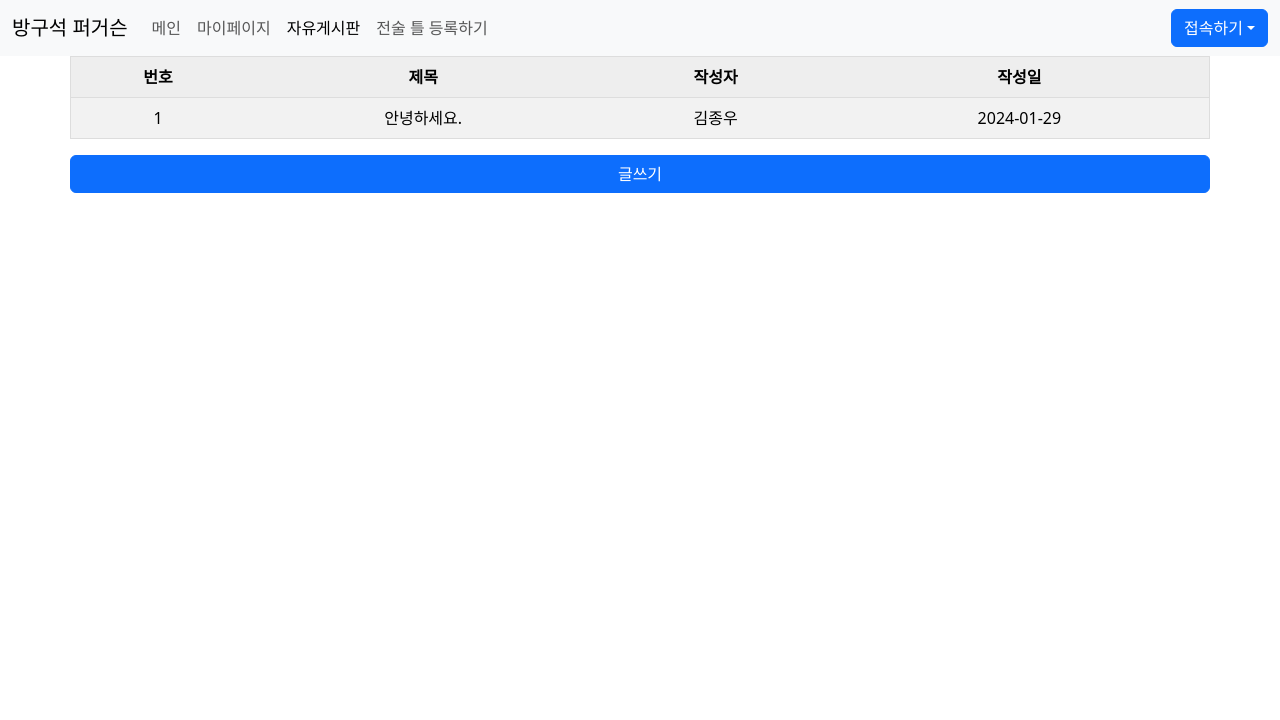
Repository: jiiiiiw/Spring-BBS
Page: http://localhost/BBS/bbs.jsp
These files come from the project's save history. The page is drawn as it stood at one moment and after the next save; the edit follows.
The browser window is 1280 px wide. The pictures show the whole page.
The page is served by Tomcat 9. Other server files are loaded and not shown.

Above is the page before, as saved 2024-01-29 01:15:56.

### BBS/src/main/webapp/bbs.jsp
<%@ page language="java" contentType="text/html; charset=UTF-8"
	pageEncoding="UTF-8"%>
<%@ page import="java.io.PrintWriter"%>
<!DOCTYPE html>
<html>
<head>
<meta charset="UTF-8">
<!-- 반응형 -->
<meta name="viewport" content="width=device-width" , initial-scale="1">
<!-- 정적 부트스트랩 참조 -->
<script src="js/bootstrap.js"></script>
<script src="js/bootstrap.bundle.js"></script>
<link href="css/bootstrap.css" rel="stylesheet">
<title>JSP 게시판 웹 사이트</title>
</head>
<body>
	<%
	String userID = null;
	if (session.getAttribute("userID") != null) {
		userID = (String) session.getAttribute("userID");
	}
	%>
	<nav class="navbar navbar-expand-lg navbar-light bg-light">
		<div class="container-fluid">
			<a class="navbar-brand" href="main.jsp">방구석 퍼거슨</a>

			<!-- 토글 버튼 -->
			<button class="navbar-toggler" type="button"
				data-bs-toggle="collapse" data-bs-target="#navbarSupportedContent"
				aria-controls="navbarSupportedContent" aria-expanded="false"
				aria-label="Toggle navigation">
				<span class="navbar-toggler-icon"></span>
			</button>

			<!-- Navbar 링크 및 폼 -->
			<div class="collapse navbar-collapse" id="navbarNav">
				<ul class="navbar-nav me-auto">
					<li class="nav-item"><a class="nav-link" href="main.jsp">메인</a></li>
					<li class="nav-item"><a class="nav-link" href="#">마이페이지</a></li>
					<li class="nav-item"><a class="active nav-link" href="bbs.jsp">자유게시판</a></li>
					<li class="nav-item"><a class="nav-link" href="#">전술 틀
							등록하기</a></li>
				</ul>
			</div>

			<%
			if (userID != null) {
			%>
			<div class="dropdown">
				<button class="btn btn-primary dropdown-toggle" type="button"
					id="dropdownMenuButton" data-bs-toggle="dropdown"
					aria-haspopup="true" aria-expanded="false">로그아웃</button>
				<div class="dropdown-menu" aria-labelledby="dropdownMenuButton">

					<a class="dropdown-item" href="logoutAction.jsp">로그아웃</a>
					<!-- 원하는 만큼 드롭다운 메뉴 항목 추가 -->
				</div>
			</div>
			<%
			} else {
			%>
			<div class="dropdown">
				<button class="btn btn-primary dropdown-toggle" type="button"
					id="dropdownMenuButton" data-bs-toggle="dropdown"
					aria-haspopup="true" aria-expanded="false">접속하기</button>
				<div class="dropdown-menu" aria-labelledby="dropdownMenuButton">

					<a class="dropdown-item" href="login.jsp">로그인</a> <a
						class="dropdown-item" href="join.jsp">회원가입</a>
					<!-- 원하는 만큼 드롭다운 메뉴 항목 추가 -->
				</div>
			</div>
			<%
			}
			%>
		</div>
	</nav>

	<style>
    /* 우측 하단에 버튼 고정 스타일 */
    .fixed-bottom-right {
      position: fixed;
      bottom: 16px;
      right: 16px;
    }

    /* 작은 버튼 스타일 */
    .small-btn {
      padding: 6px 12px;
      font-size: 12px;
    }
  </style>

	<div class="container">
		<div class="row">
			<table class="table table-striped" style="text-align: center; border: 1px solid #dddddd">
				<thead>
					<tr>
						<th style="background-color: #eeeeee; text-align: center;">번호</th>
						<th style="background-color: #eeeeee; text-align: center;">제목</th>
						<th style="background-color: #eeeeee; text-align: center;">작성자</th>
						<th style="background-color: #eeeeee; text-align: center;">작성일</th>
					</tr>
				</thead>
				<tbody>
					<tr>
						<td>1</td>
						<td>안녕하세요.</td>
						<td>김종우</td>
						<td>2024-01-29</td>
					</tr>
				</tbody>
			</table>
			<a href="write.jsp" class="btn btn-primary float-right">글쓰기</a>
		</div>
	</div>


</body>
</html>

Loaded but not shown: BBS/src/main/webapp/js/bootstrap.js (library); BBS/src/main/webapp/js/bootstrap.bundle.js (library); BBS/src/main/webapp/css/bootstrap.css (library)

After the next save:
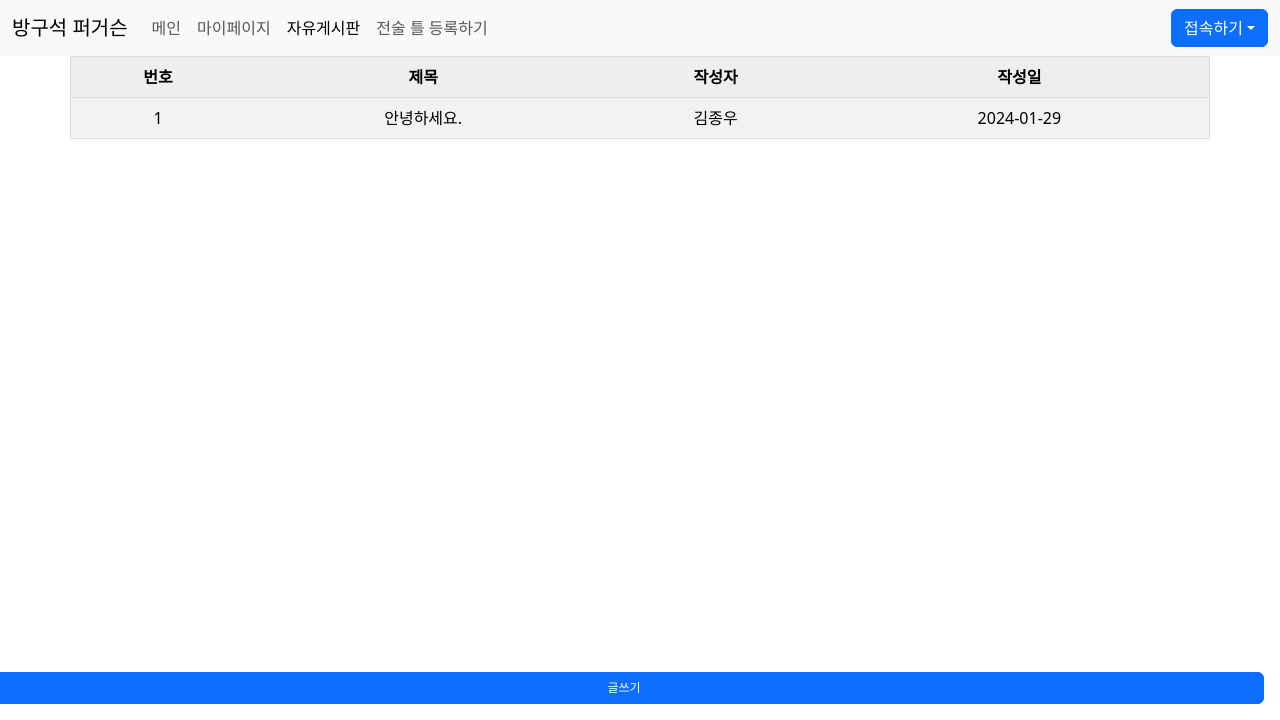
Saved 13 s later.
--- a/BBS/src/main/webapp/bbs.jsp
+++ b/BBS/src/main/webapp/bbs.jsp
@@ -111,7 +111,7 @@
 					</tr>
 				</tbody>
 			</table>
-			<a href="write.jsp" class="btn btn-primary float-right">글쓰기</a>
+			<a href="write.jsp" class="btn btn-primary fixed-bottom-right small-btn">글쓰기</a>
 		</div>
 	</div>
 
